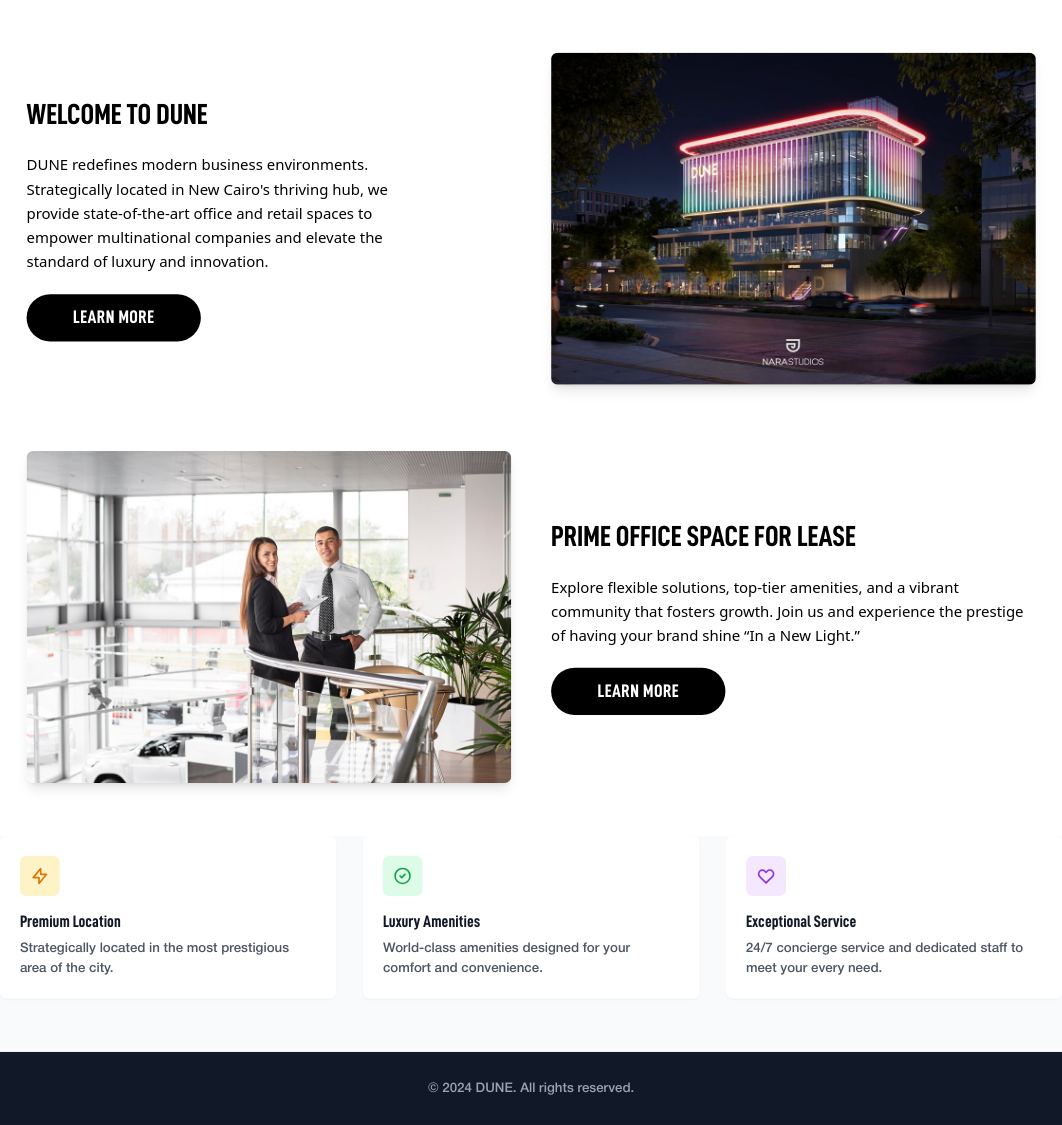
Repository: ahmedassr5765/dune
Page: index.html
These files come from the project's save history. The page is drawn as it stood at one moment and after a run of saves; the edit follows.
The browser window is 1280 px wide. The pictures show the part of the page from y = 1197 to 2553 px (the page is 2553 px tall before and 2503 px after), at 83% of full size.
Some web libraries are served in a nearby version.

Above is the page before, as saved 2025-07-12 18:31:57.

After the next 2 saves:
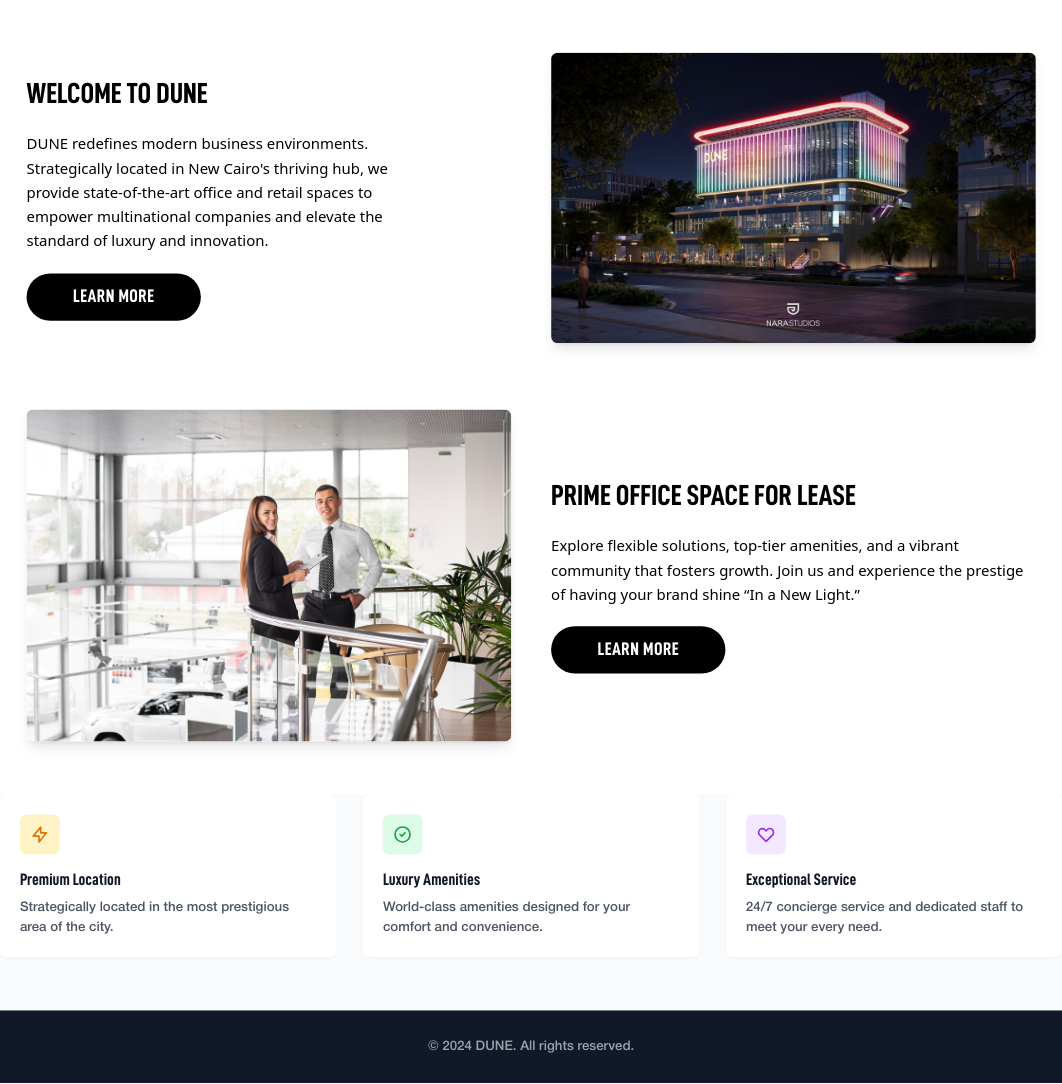
The 2 saves are shown as one change because they came seconds apart.
The last was saved 12 s later.
--- a/index.html
+++ b/index.html
@@ -211,7 +211,7 @@
 
                 <!-- Image -->
                 <div class="relative">
-                    <img src="/images/welcome.png" alt="DUNE Building" class="w-full h-[400px] object-cover rounded-lg shadow-lg">
+                    <img src="/images/welcome.png" alt="DUNE Building" class="w-full h-[350px] object-cover rounded-lg shadow-lg">
                 </div>
             </div>
 
